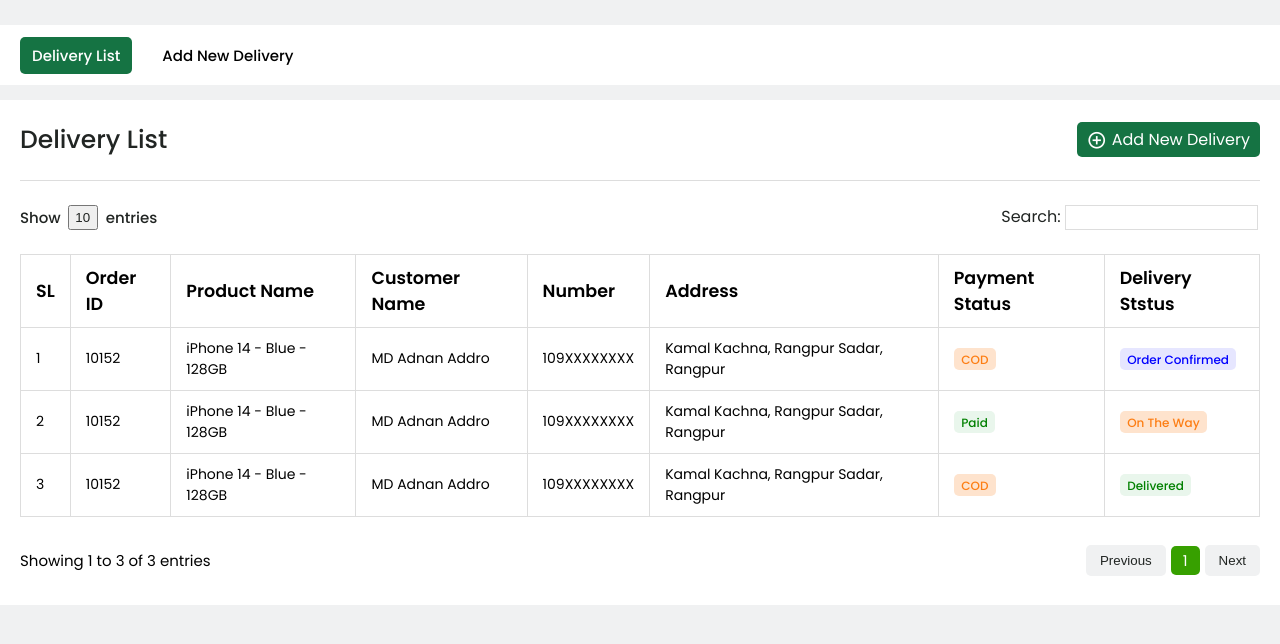
Repository: codebyaddro/delivery-page
Page: delivery.html
These files come from the project's save history. The page is drawn as it stood at one moment and after a run of saves; the edit follows.
The browser window is 1280 px wide. The pictures show the whole page.

Above is the page before, as saved 2025-02-27 14:17:33.

### delivery.html
<!DOCTYPE html>
<html lang="en">
<head>
    <meta charset="UTF-8">
    <meta name="viewport" content="width=device-width, initial-scale=1.0">
    <link rel="stylesheet" href="/delivery.css">
    <link href='https://unpkg.com/boxicons@2.1.4/css/boxicons.min.css' rel='stylesheet'>
    <title>Document</title>
</head>
<body>
    <div class="brand-container">
        <div class="top-menus">
            <ul>
                <li><a href="/index.html" class="active-menu">Delivery List</a></li>
                <li><a href="/inner-page/html/anb.html" class="light-up">Add New Delivery</a></li>
            </ul>
        </div>
        <div class="list-container">
            <div class="heading-add-new-btn">
                <div class="heading">
                    <h2>Delivery List</h2>
                </div>
                <div class="add-new-btn">
                    <i class='add-icon bx bx-plus-circle'></i>
                    <a href="/inner-page/html/anb.html">Add New Delivery</a>
                </div>
            </div>
            <div class="list-short-dpdwn-search-box">
                <div class="list-short-dpdwn">
                    <h3>Show</h3>
                    <select name="10" id="">
                        <option value="">10</option>
                        <option value="">20</option>
                        <option value="">30</option>
                        <option value="">All</option>
                    </select>
                    <h3>entries</h3>
                </div>
                <div class="search-box">
                    <legend>Search: <input type="text"></legend>
                </div>
            </div>
            <div class="table-list">
                <table>
                    <thead>
                        <tr>
                            <th title="SL">SL</th>
                            <th title="Code">Order ID</th>
                            <th title="Code">Product Name</th>
                            <th title="Code">Customer Name</th>
                            <th title="Category Name">Number</th>
                            <th title="Category Name">Address</th>
                            <th title="Status">Payment Status</th>
                            <th title="Action">Delivery Ststus</th>
                        </tr>
                    </thead>
                    <tbody>
                        <tr>
                            <td>1</td>
                            <td>10152</td>
                            <td>iPhone 14 - Blue - 128GB</td>
                            <td>MD Adnan Addro</td>
                            <td>109XXXXXXXX</td>
                            <td>Kamal Kachna, Rangpur Sadar, Rangpur</td>
                            <td><span class="ps-cod">COD</span></td>
                            <td><span class="ds-ocon">Order Confirmed</span></td>
                        </tr>
                        <tr>
                            <td>2</td>
                            <td>10152</td>
                            <td>iPhone 14 - Blue - 128GB</td>
                            <td>MD Adnan Addro</td>
                            <td>109XXXXXXXX</td>
                            <td>Kamal Kachna, Rangpur Sadar, Rangpur</td>
                            <td><span class="ps-paid">Paid</span></td>
                            <td><span class="ds-otw">On The Way</span></td>
                        </tr>
                        <tr>
                            <td>3</td>
                            <td>10152</td>
                            <td>iPhone 14 - Blue - 128GB</td>
                            <td>MD Adnan Addro</td>
                            <td>109XXXXXXXX</td>
                            <td>Kamal Kachna, Rangpur Sadar, Rangpur</td>
                            <td><span class="ps-cod">COD</span></td>
                            <td><span class="ds-deld">Delivered</span></td>
                        </tr>
                    </tbody>
                </table>
            </div>
            <div class="entries-details-list-page-btn">
                <div class="entries-details">
                    Showing <span>1</span> to <span>3</span> of <span>3</span> entries
                </div>
                <div class="list-page-btn">
                    <button>Previous</button>
                    <h4><span>1</span></h4>
                    <button>Next</button>
                </div>
            </div>
        </div>
    </div>
</body>
</html>

### delivery.css
/* -- fonts -- */
@import url('https://fonts.googleapis.com/css2?family=Poppins:ital,wght@0,100;0,200;0,300;0,400;0,500;0,600;0,700;0,800;0,900;1,100;1,200;1,300;1,400;1,500;1,600;1,700;1,800;1,900&family=Raleway:ital,wght@0,100..900;1,100..900&family=Roboto:ital,wght@0,100;0,300;0,400;0,500;0,700;0,900;1,100;1,300;1,400;1,500;1,700;1,900&family=VT323&display=swap');

/* -- root -- */

:root {
    --gray-white: #F0F1F2;
    --white: #FFFFFF;
    --black: #000000;
    --gray-black: #DDDDDD;
    --light-black: #212523;
    --light-black-op: #21252350;
    --main-green: #157343;
    --main-light: #37A000;
    --orange: #FD7E14;
    --lt-orange: #fee3cd;
    --green: #008000;
    --lt-green: #e9f6ec;
    --red: #FF0000;
    --light-red: #fbeaec;
    --blue: #0000ff;
    --lt-blue: #e6e6ff;
}

/* ---------- */

* {
    box-sizing: border-box;
}

body {
    margin: 0;
    padding: 0;
    font-family: "Poppins", serif;
    background-color: var(--gray-white);
}

::selection {
    color: var(--white);
    background-color: var(--main-light);
}

/* -- category container style -- */

.brand-container {
    width: 100%;
    margin-top: 25px;
}

/* -- top menus style--  */

.top-menus {
    background-color: var(--white);
    display: flex;
    justify-content: left;
    align-items: center;
    height: 60px;
    margin-bottom: 15px;
}

.top-menus ul {
    list-style-type: none;
    display: flex;
    gap: 30px;
    margin-left: -20px;
}

.top-menus ul li a {
    text-decoration: none;
    color: var(--black);
    font-size: 15px;
    font-weight: 500;
}

/* -- active menu style -- */

.active-menu {
    color: var(--white)!important;
    background-color: var(--main-green);
    padding: 8px 12px;
    border-radius: 5px;
}

/* -- menu hover style -- */

.light-up:hover {
    color: var(--orange);
}

/* -- list container style -- */

.list-container {
    background-color: var(--white);
    padding: 0px 20px;
}

/* -- heading-add-new-btn style -- */

.heading-add-new-btn {
    display: flex;
    justify-content: space-between;
    align-items: center;
    border-bottom: 1px solid var(--gray-black) ;
}

.heading h2 {
    color: var(--light-black);
    font-size: 25px;
    font-weight: 500;
}

/* -- add-new-btn style -- */

.add-new-btn {
    display: flex;
    gap: 5px;
    justify-content: baseline;
    align-items: center;
}

.add-new-btn {
    background-color: var(--main-green);
    padding: 5px 10px;
    border-radius: 5px;
}

.add-new-btn a {
    color: var(--white);
    text-decoration: none;
}

.add-icon {
    color: var(--white);
    font-size: 20px;
}

/* -- list-short-dpdwn-search-box style -- */

.list-short-dpdwn-search-box {
    display: flex;
    justify-content: space-between;
    align-items: center;
    padding: 10px 0px;
}

/* -- list-short-dpdwn style -- */

.list-short-dpdwn {
    display: flex;
    gap: 7.5px;
    align-items: center;
}

.list-short-dpdwn h3 {
    color: var(--light-black);
    font-size: 15px;
    font-weight: 500;
}

.list-short-dpdwn select {
    color: var(--light-black);
    appearance: none;
    height: 25px;
    width: 30px;
    padding-left: 6px;
    outline: none;
    border-radius: 2.5px;
}

/* -- search-box style -- */

.search-box {
    display: flex;
    align-items: center;
}

.search-box legend {
    color: var(--light-black);
}

.search-box input {
    outline: none;
    height: 25px;
    width: 193px;
    border: 1px solid var(--gray-black);
}

/* -- table-list style --*/

table {
    border-collapse: collapse;
    width: 100%;
}

/* -- thead style -- */

thead {
    cursor: pointer;
}

th, td {
    border: 1px solid var(--gray-black);
    padding: 10px 15px;
}

thead tr th {
    font-size: 17.5px;
    font-weight: 600;
    text-align: left;
}

tbody tr td {
    font-size: 14px;
}

tbody tr:hover {
    background-color: var(--gray-white);
}

/* -- tbody style -- */

/* payment status style */

.ps-paid {
    color: var(--green);
    background-color: var(--lt-green);
    font-size: 12px;
    font-weight: 500;
    padding: 2.5px 7.5px;
    border-radius: 5px;
}

.ps-cod {
    color: var(--orange);
    background-color: var(--lt-orange);
    font-size: 12px;
    font-weight: 500;
    padding: 2.5px 7.5px;
    border-radius: 5px;
}

/* delivery status style */

.ds-ocon {
    color: var(--blue);
    background-color: var(--lt-blue);
    font-size: 12px;
    font-weight: 500;
    padding: 2.5px 7.5px;
    border-radius: 5px;
}

.ds-otw {
    color: var(--orange);
    background-color: var(--lt-orange);
    font-size: 12px;
    font-weight: 500;
    padding: 2.5px 7.5px;
    border-radius: 5px;
}

.ds-deld {
    color: var(--green);
    background-color: var(--lt-green);
    font-size: 12px;
    font-weight: 500;
    padding: 2.5px 7.5px;
    border-radius: 5px;
}

/* -- action style -- */

.edit-icon {
    color: var(--green);
    background-color: var(--lt-green);
    padding: 7px 7px;
    margin-right: 2.5px;
    border: 1px solid var(--green);
    font-size: 20px;
}

.edit-icon:hover {
    background-color: var(--light-black-op);
}

.delete-icon {
    color: var(--red);
    background-color: var(--light-red);
    padding: 7px 7px;
    margin-left: 2.5px;
    border: 1px solid var(--red);
    font-size: 20px;
}

.delete-icon:hover {
    background-color: var(--light-black-op);
}

/* -- entries-details-list-page-btn style -- */

.entries-details-list-page-btn {
    display: flex;
    justify-content: space-between;
    align-items: center;
    padding: 10px 0px;
}

.entries-details {
    color: var(--black);
    font-size: 15px;
}

.list-page-btn {
    display: flex;
    gap: 5px;
    align-items: center;
}

.list-page-btn button {
    color: var(--light-black);
    background-color: var(--gray-white);
    padding: 8px 14px;
    border: none;
    border-radius: 5px;
    cursor: pointer;
}

.list-page-btn h4 {
    color: var(--white);
    background-color: var(--main-light);
    font-size: 15px;
    font-weight: 400;
    padding: 3px 12px;
    border-radius: 5px;
}

After the next 3 saves:
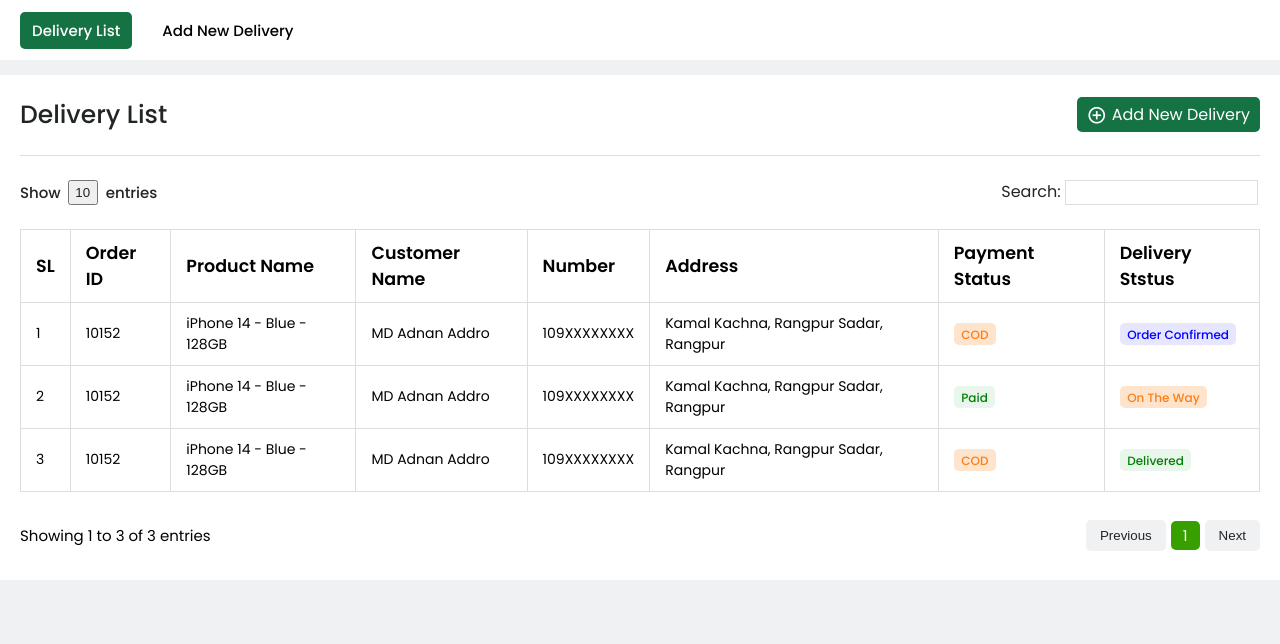
The 3 saves are shown as one change because they came seconds apart.
The last was saved 4 min 15 s later.
--- a/delivery.html
+++ b/delivery.html
@@ -8,7 +8,7 @@
     <title>Document</title>
 </head>
 <body>
-    <div class="brand-container">
+    <div class="cba-container">
         <div class="top-menus">
             <ul>
                 <li><a href="/index.html" class="active-menu">Delivery List</a></li>
